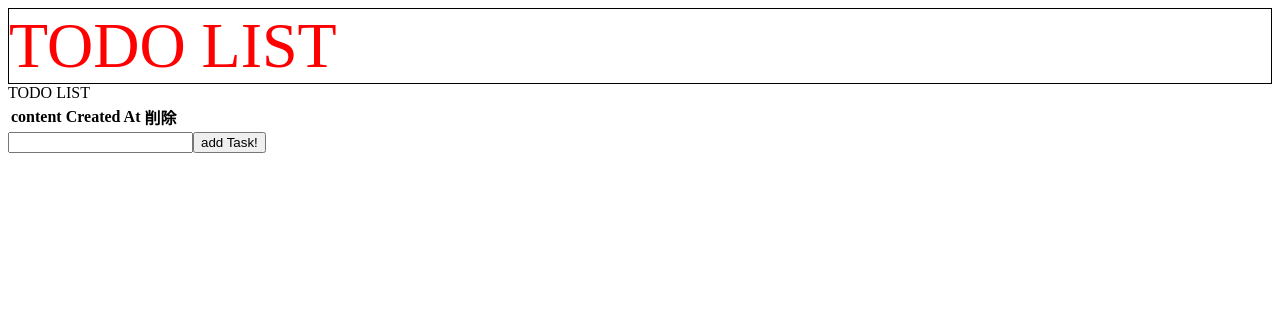
Repository: WistreHosshii/hacathon_todolList
Page: /
These files come from the project's save history. The page is drawn as it stood at one moment and after the next save; the edit follows.
The browser window is 1280 px wide. The pictures show the whole page.
The page's requests for data from a server got no answer. The project was rebuilt for these pictures with package versions that can differ from the ones it lists, and the page was loaded fresh each time. No one was signed in, and anything a server would have sent is missing.

Above is the page before, as saved 2019-06-10 23:51:05.

### index.html
<!DOCTYPE html>
<html lang="ja">

<head>
    <meta charset="UTF-8">
    <meta name="viewport" content="width=device-width, initial-scale=1.0">
    <meta http-equiv="X-UA-Compatible" content="ie=edge">
    <title>Document</title>
    <!-- <link rel="stylesheet" href="./index.css"> -->
</head>

<body>
    <div id="root"></div>
    <script src="./index.tsx"></script>
</body>

</html>

### App.tsx
import React, { Component } from 'react';
import { get, post, deleteTask } from './axios';
import styled from 'styled-components';

const CustomizedText = styled.div`
  font-size: 4rem;
  color: red;
  border: 1px solid black;
`;
const Body = styled.div`
  width: 100%;
  font-size: 1rem;
`;
interface Props {}
interface State {
  todos: Todo[];
  value: string;
}

export default class App extends Component<Props, State> {
  constructor(props: any) {
    super(props);
    this.state = {
      todos: [],
      value: '',
    };
    this.handleChange = this.handleChange.bind(this);
  }

  componentDidMount() {
    get().then(response => {
      const todos: Todo[] = response.data.todos;
      this.setState({ todos });
    });
  }
  addTaskHandler() {
    if (this.state.value !== '') {
      post(this.state.value).then(response => {
        const todo: Todo = response.data;
        this.setState(state => ({ todos: [...state.todos, todo] }));
        this.setState({ value: '' });
      });
    }
  }
  deleteTaskHandler(id: string) {
    deleteTask(id).then(response => {
      const todos = this.state.todos.filter(v => v.id !== id);
      this.setState({ todos });
    });
  }
  handleChange(event: any) {
    this.setState({ value: event.target.value });
  }

  render() {
    return (
      <Body>
        <div className="todoList">
          <CustomizedText>TODO LIST</CustomizedText>
          <div className="title">TODO LIST</div>
          <div className="contents">
            <table>
              <tbody>
                <tr>
                  <th>content</th>
                  <th>Created At</th>
                  <th>削除</th>
                </tr>

                {this.state.todos.reverse().map((todo, i) => {
                  return (
                    <tr key={i}>
                      <td>{todo.content}</td>
                      <td>{new Date(todo.createdAt).toLocaleString()}</td>
                      <td>
                        <button
                          onClick={() => {
                            this.deleteTaskHandler(todo.id);
                          }}
                        >
                          削除!
                        </button>
                      </td>
                    </tr>
                  );
                })}
              </tbody>
            </table>
          </div>
          <div className="computeTaskWrapper">
            <input type="text" value={this.state.value} onChange={this.handleChange} />
            <button
              className="btn"
              onClick={() => {
                this.addTaskHandler();
              }}
            >
              add Task!
            </button>
          </div>
        </div>
      </Body>
    );
  }
}

### axios.tsx
import axios from 'axios';
import App from './App';

const url = 'http://hackathon-test-server.jichoup.trap.show/';
export const get = () => {
  return axios.get(url);
};
export const post = (value: string) => {
  const content: TodoList.Post.Request = { content: value };
  return axios.post(url, content);
};
export const deleteTask = (_id: string) => {
  const id: TodoList.Delete.Request = { id: _id };
  return axios.delete(url, { data: id });
};

Loaded but not shown: index.tsx (common file)

After the next save:
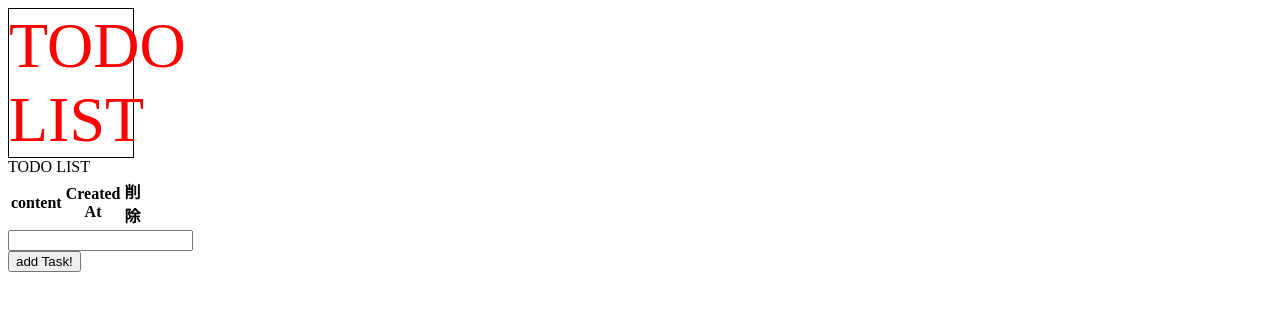
Saved 24 s later.
--- a/App.tsx
+++ b/App.tsx
@@ -8,7 +8,7 @@
   border: 1px solid black;
 `;
 const Body = styled.div`
-  width: 100%;
+  width: 10%;
   font-size: 1rem;
 `;
 interface Props {}

After the save that followed:
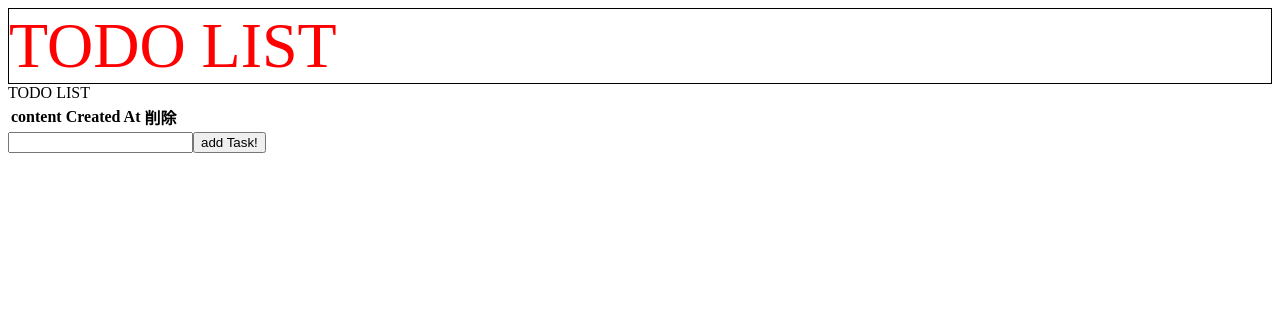
Saved 6 s later.
--- a/App.tsx
+++ b/App.tsx
@@ -8,7 +8,7 @@
   border: 1px solid black;
 `;
 const Body = styled.div`
-  width: 10%;
+  width: 100%;
   font-size: 1rem;
 `;
 interface Props {}
